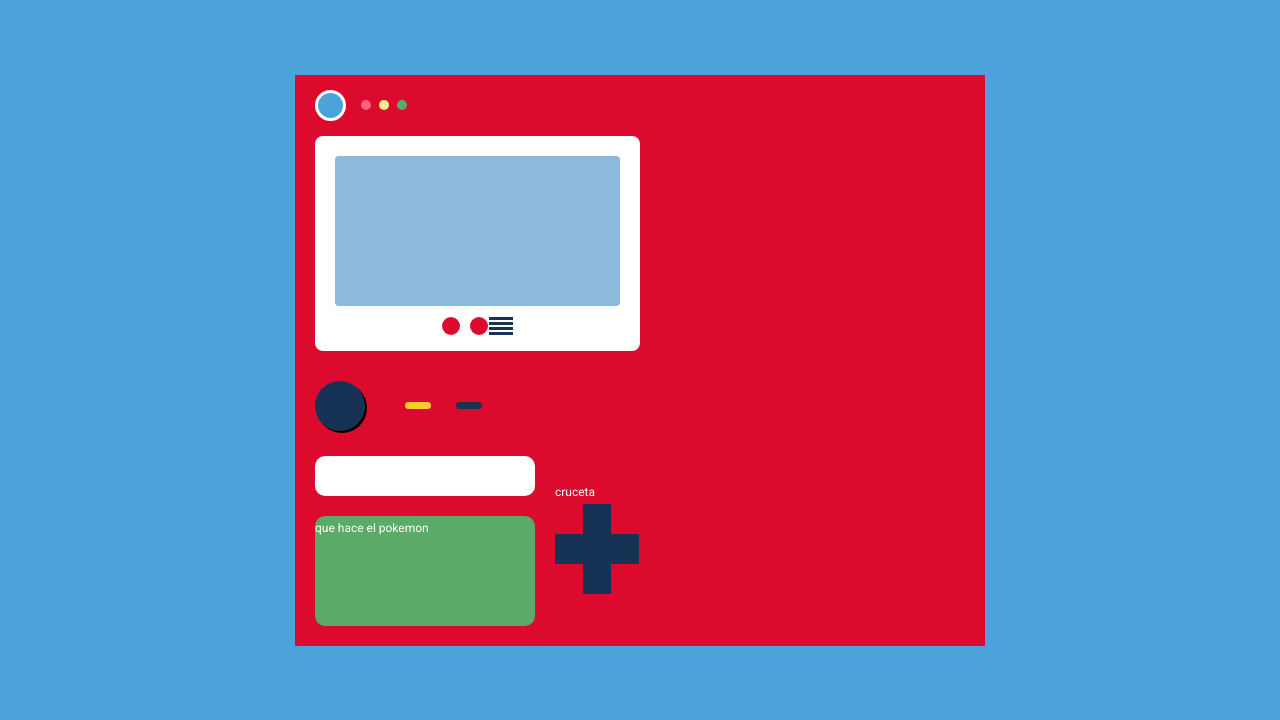
Repository: darkmantiz2/pokedex
Page: index.html
The author's editor kept a copy of each file at every save. The page is drawn from the files as they stood at one save, then again after the next save.
The browser window is 1280 px wide. The pictures show the whole page.

Above is the page before, as saved 2022-01-25 16:19:11.

After the next save:
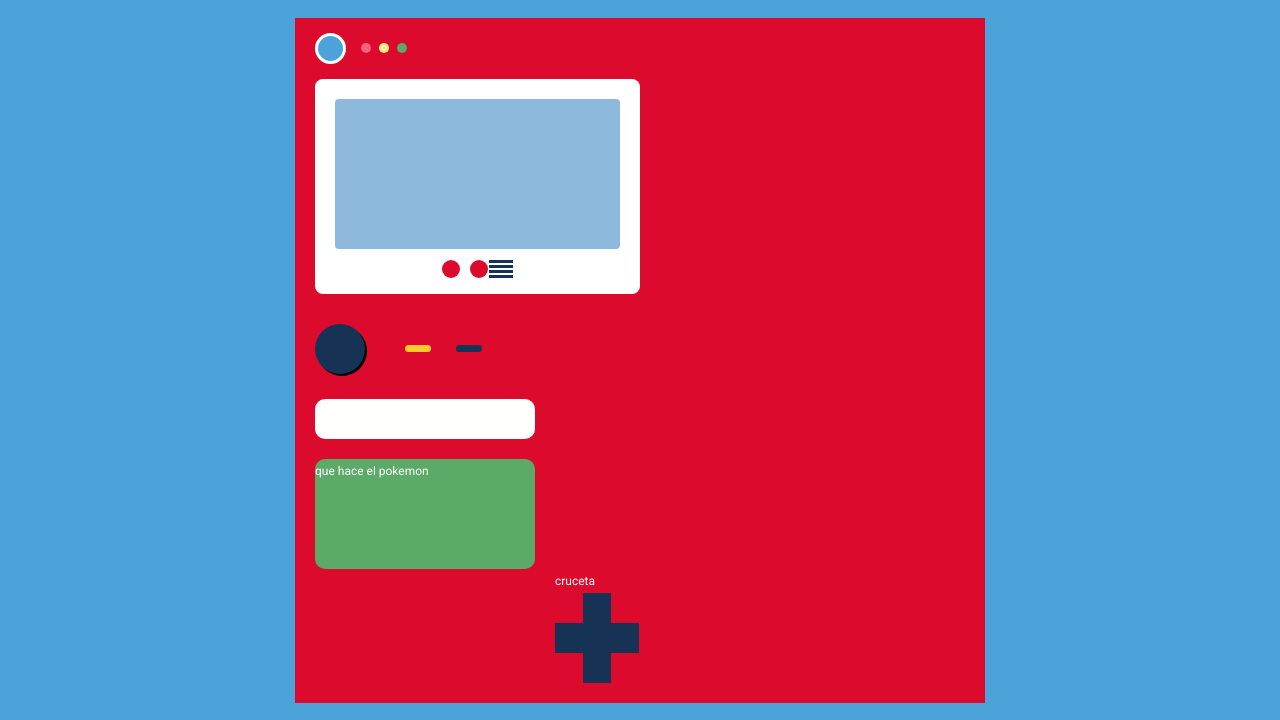
Saved 7 s later.
--- a/index.html
+++ b/index.html
@@ -41,17 +41,13 @@
             <div class="pokedex-buttons-darkblue"></div>
         </div>
           <div class="container-info">
-            <div class="pokedex-pokemon-name">nombre pokemon
-
-              <div class="pokedex-select-button">cruceta
-                <span class="pokedex-select-button-up"></span>
-                <span class="pokedex-select-button-left-right" ></span>
-                <span class="pokedex-select-button-down"></span>
-              </div>
+            <div class="pokedex-pokemon-name">nombre pokemon</div>
+            <div class="pokedex-pokemon-description">que hace el pokemon</div>
+            <div class="pokedex-select-button">cruceta
+              <span class="pokedex-select-button-up"></span>
+              <span class="pokedex-select-button-left-right" ></span>
+              <span class="pokedex-select-button-down"></span>
             </div>
-
-            <div class="pokedex-pokemon-description">que hace el pokemon</div>
-
           </div>
         </div>
         <div class="pokedex-stats"></div>
